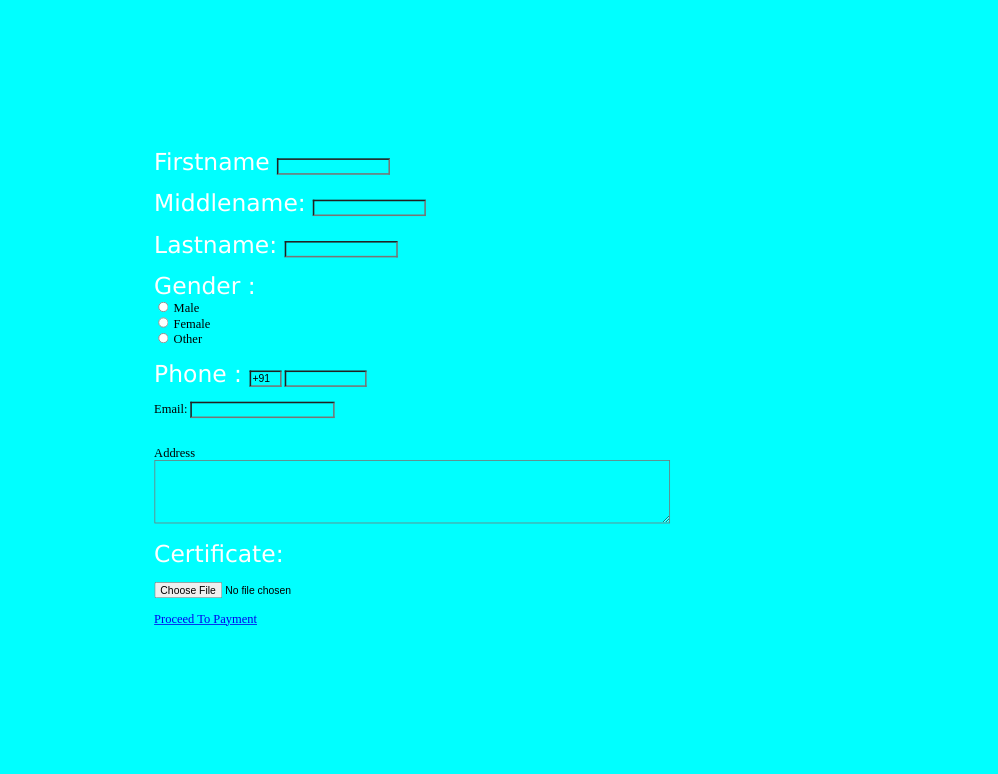
Repository: sarthakkathpalia/elliptical
Page: html/form.html
These files come from the project's save history. The page is drawn as it stood at one moment and after the next save; the edit follows.
The browser window is 1280 px wide. The pictures show the whole page, at 78% of full size.

Above is the page before, as saved 2021-10-30 17:16:09.

After the next save:
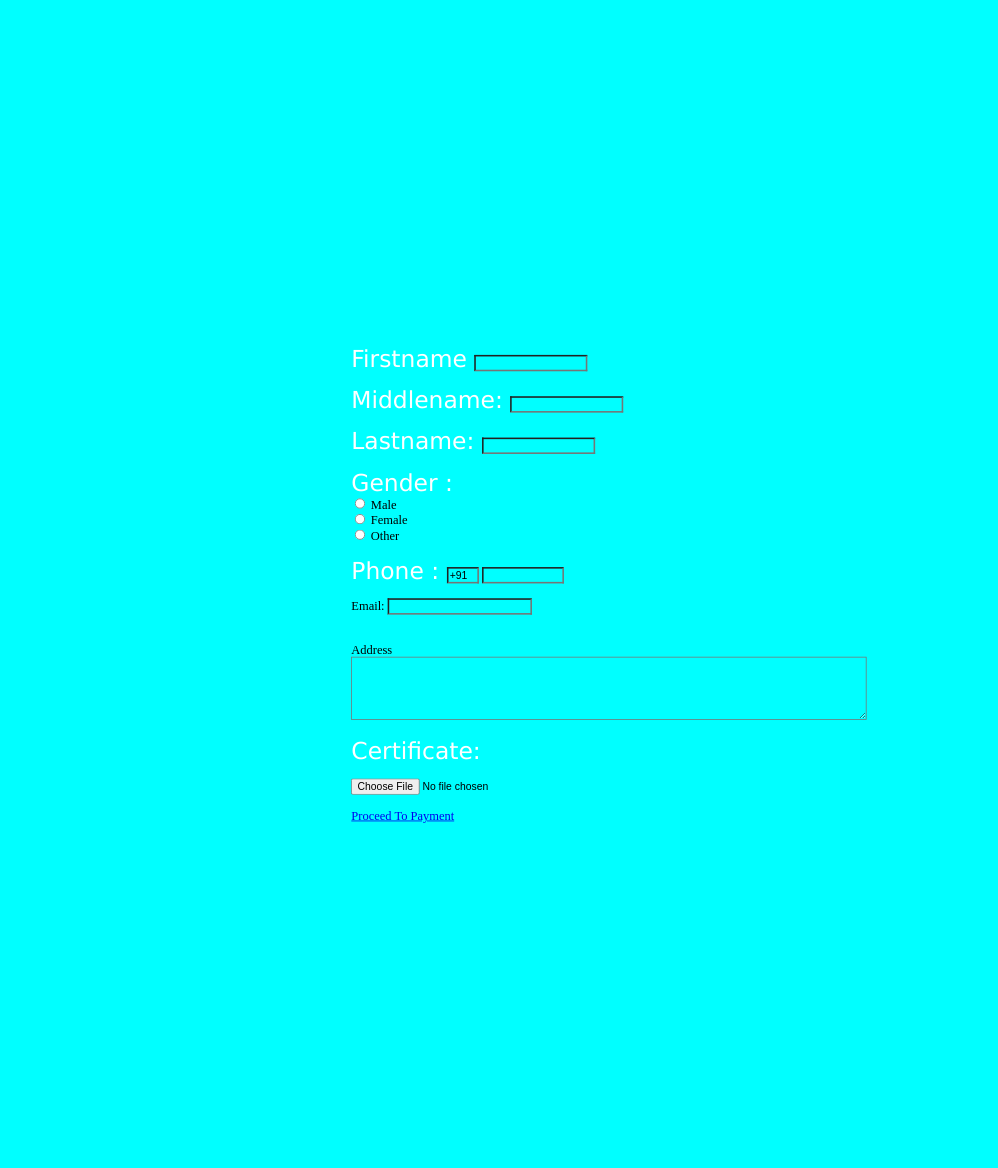
Saved 11 s later.
--- a/html/form.html
+++ b/html/form.html
@@ -17,6 +17,7 @@
         }
         .book{
             margin: 15%;
+            padding: 20%;
         }
 
 </style>

After the save that followed:
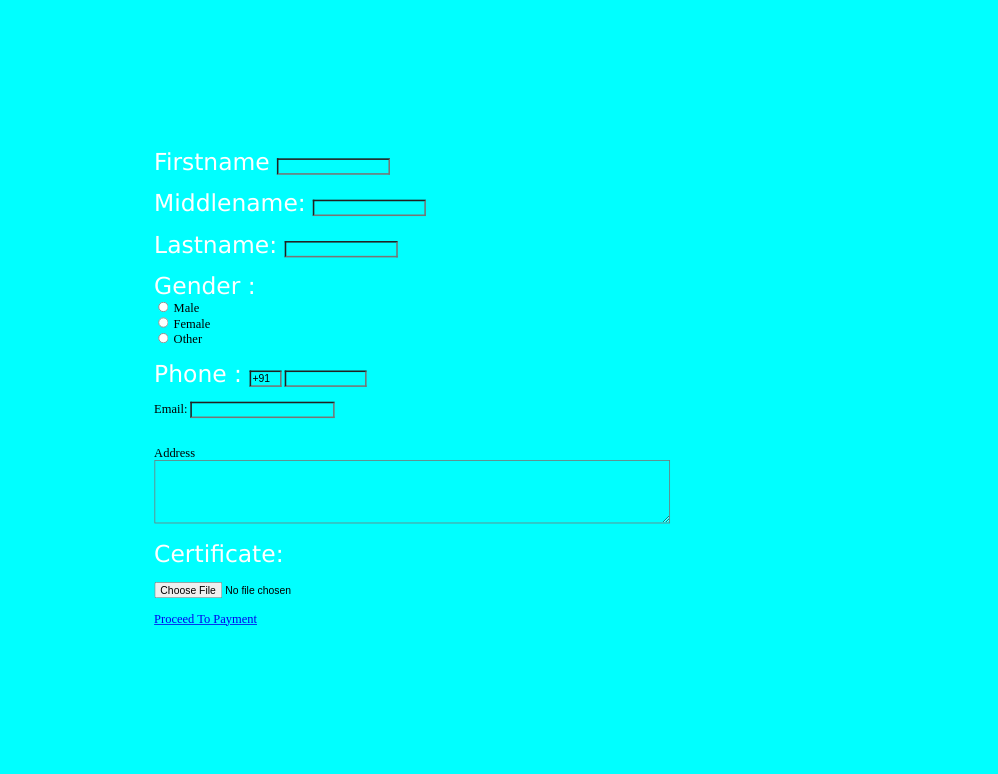
Saved 11 s later.
--- a/html/form.html
+++ b/html/form.html
@@ -17,7 +17,6 @@
         }
         .book{
             margin: 15%;
-            padding: 20%;
         }
 
 </style>
